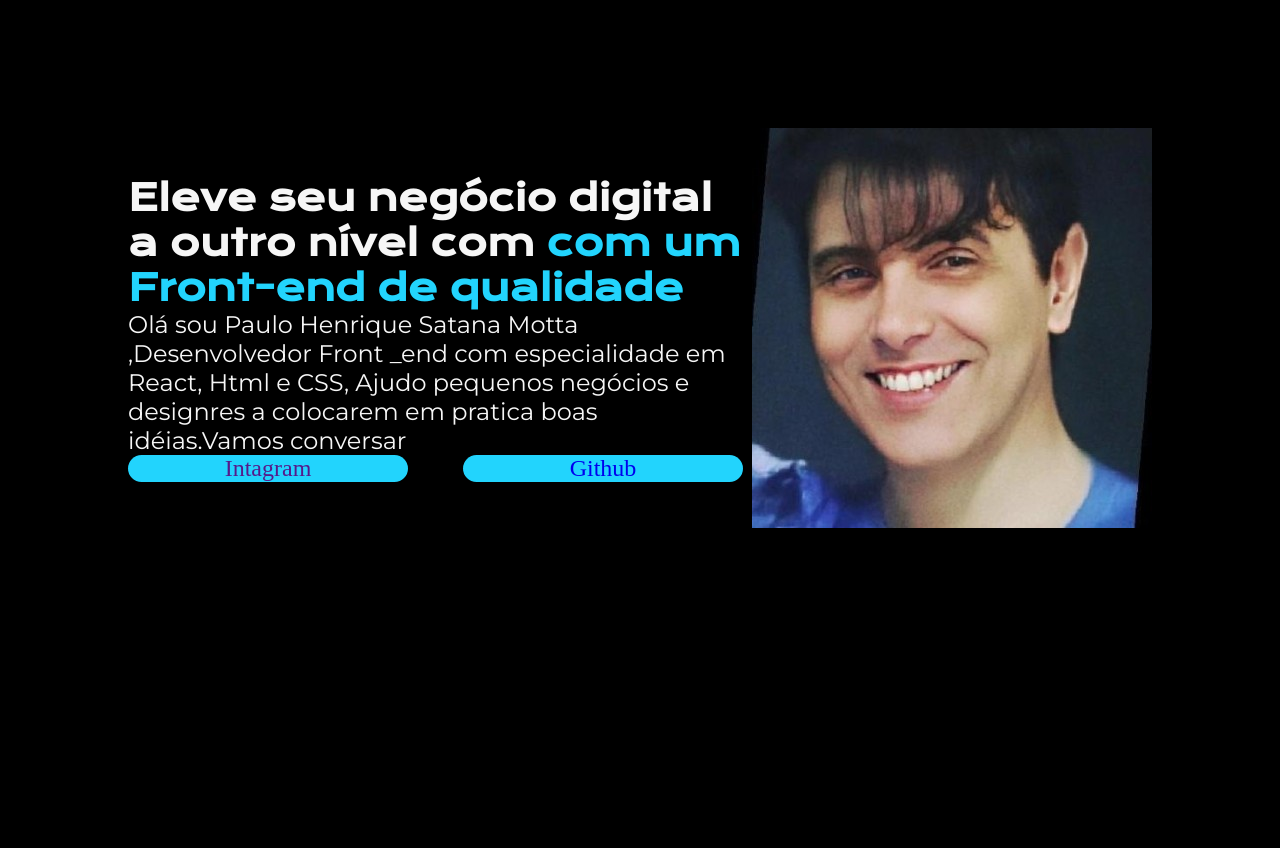
Repository: phsmottanerd/projeto-portfolio-alura
Page: index.html
The author's editor kept a copy of each file at every save. The page is drawn from the files as they stood at one save, then again after the next save.
The browser window is 1280 px wide. The pictures show the whole page.

Above is the page before, as saved 2025-01-24 02:19:19.

### index.html
<!DOCTYPE html>
<html lang="pt-br">
  <head>
    <meta charset="UTF-8" />
    <meta name="viewport" content="width=device-width, initial-scale=1.0" />
    <link rel="stylesheet" href="./style.css" />
    <title>Portfólio</title>
  </head>
  <body>
    <header></header>
    <main class="apresentacao">
      <section class="apresentacao__conteudo">
        <h1 class="apresentacao__conteudo__titulo">
          Eleve seu negócio digital a outro nível com
          <strong class="titulo-destaque">
            com um Front-end de qualidade</strong
          >
        </h1>
        <p class="apresentacao__conteudo__texto">
          Olá sou Paulo Henrique Satana Motta ,Desenvolvedor Front _end com
          especialidade em React, Html e CSS, Ajudo pequenos negócios e
          designres a colocarem em pratica boas idéias.Vamos conversar
        </p>
        <div class="apresentacao__links">
          <a class="apresentacao__links__link" href="">Intagram</a>
          <a class="apresentacao__links__link" href="https://github.com/phsmottanerd?tab=repositories">Github</a>
        </div>
      </section>
      <img src="./img/1722867171561.jpg" alt="imgem-foto" />
    </main>
    <footer></footer>
  </body>
</html>

### style.css
@import url("https://fonts.googleapis.com/css2?family=Krona+One&family=Montserrat&display=swap");
* {
  margin: 0;
  padding: 0;
  box-sizing: border-box;
}
body {
  height: 100vh;
  background-color: black;
  color: #f6f6f6;
}

.titulo-destaque {
  color: #22d4fd;
}
.apresentacao {
  margin: 10%;
  display: flex;
  align-items: center;
  justify-content: space-between;
}
.apresentacao__conteudo {
  width: 615px;
}
.apresentacao__conteudo__titulo {
  font-size: 36px;
  font-family: "Krona One", sans-serf;
}
.apresentacao__conteudo__texto {
  font-size: 24px;
  font-family: "Montserrat", sans-serf;
}
.apresentacao__links{

    display:flex;
    justify-content:space-between;

}
.apresentacao__links__link{

background-color:#22d4FD;
width: 280px;
text-align: center;
border-radius: 16px;
font-size:24px;
padding: 21 .5px 0;
text-decoration:none;
}

After the next save:
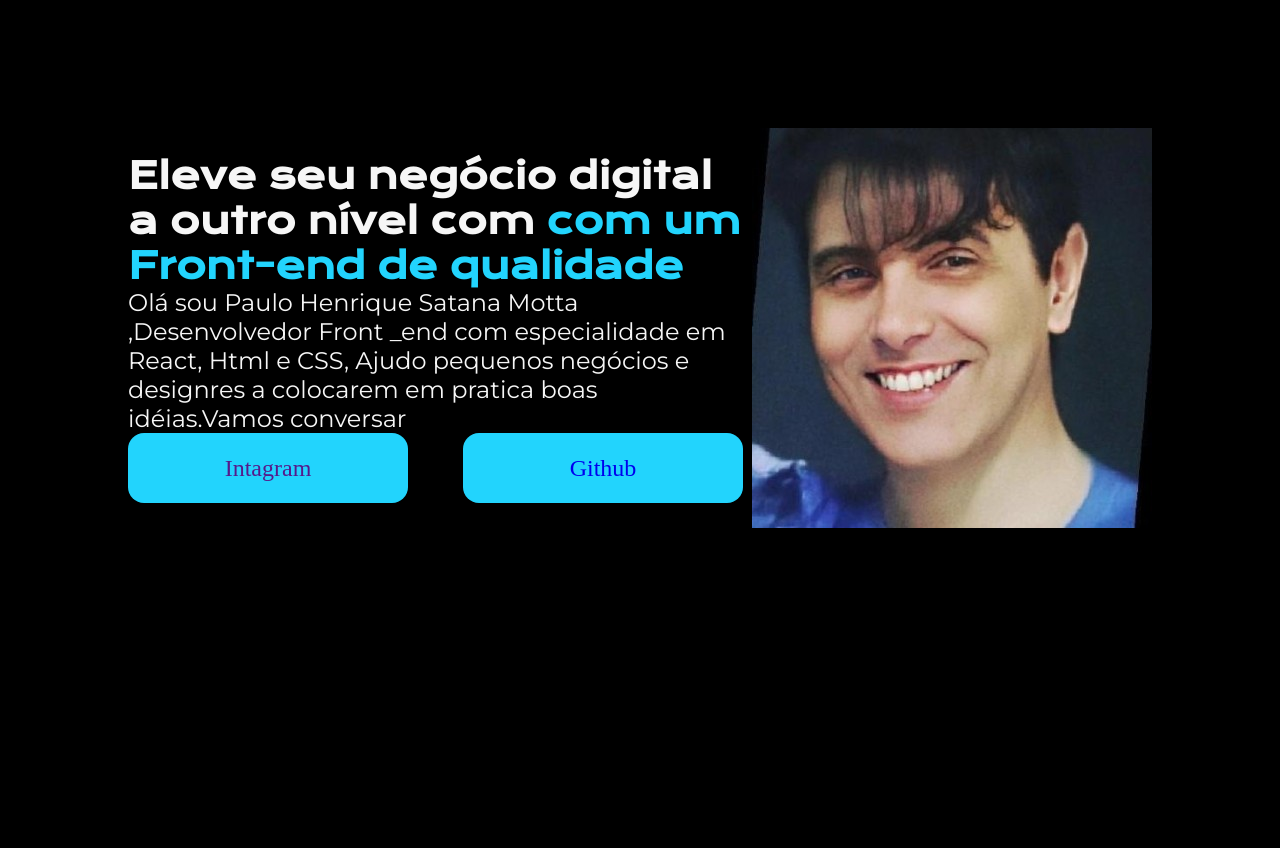
Saved 24 s later.
--- a/style.css
+++ b/style.css
@@ -43,6 +43,6 @@ width: 280px;
 text-align: center;
 border-radius: 16px;
 font-size:24px;
-padding: 21 .5px 0;
+padding: 21.5px 0;
 text-decoration:none;
 }
